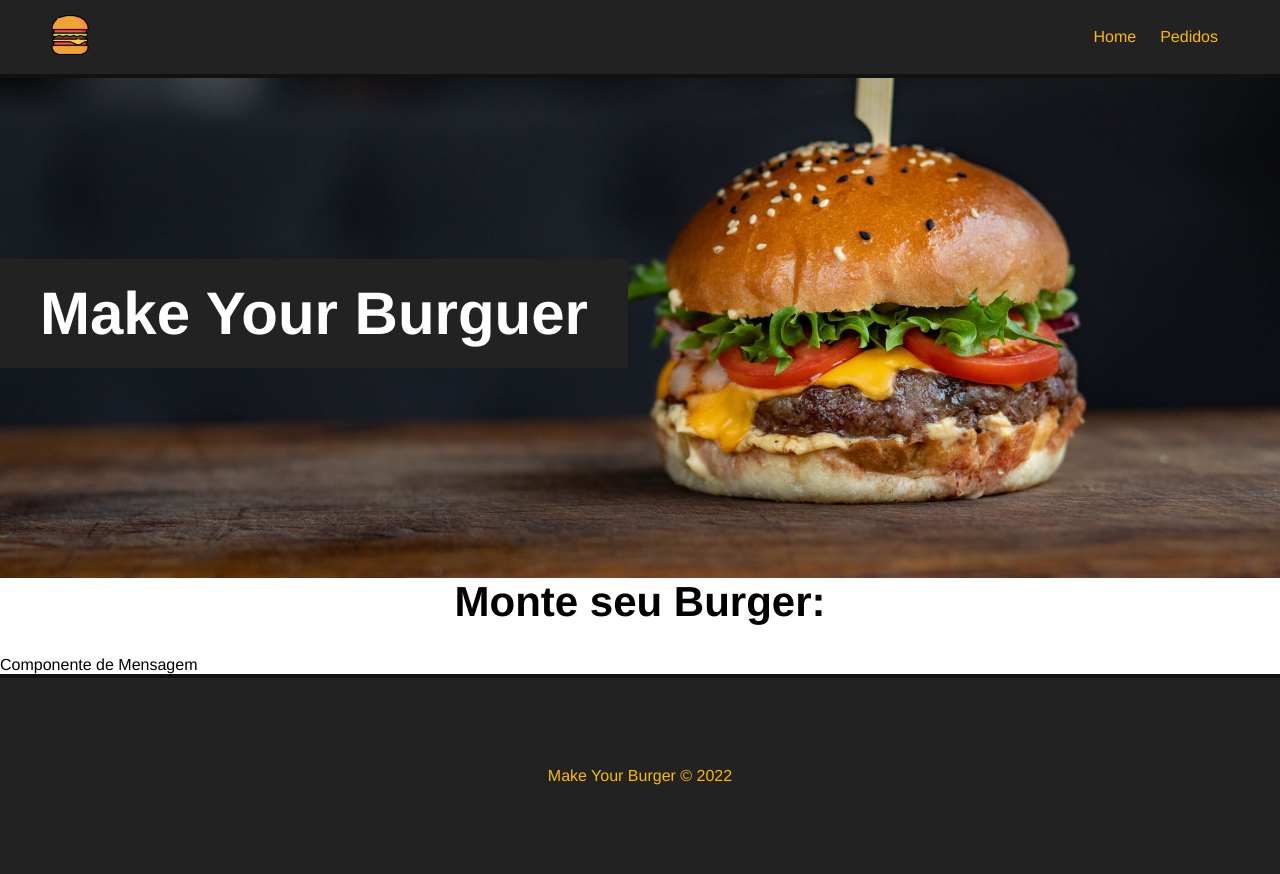
Repository: brunofa23/makeyourburguer
Page: /
An editor plug-in stored every save of this project. The page is shown before and after the next save, followed by the edit.
The browser window is 1280 px wide. The pictures show the whole page.
The project was rebuilt for these pictures with package versions that can differ from the ones it lists, and the page was loaded fresh each time. Also part of the build but not shown: vue.config.js.

Above is the page before, as saved 2022-08-09 19:45:02.

After the next save:
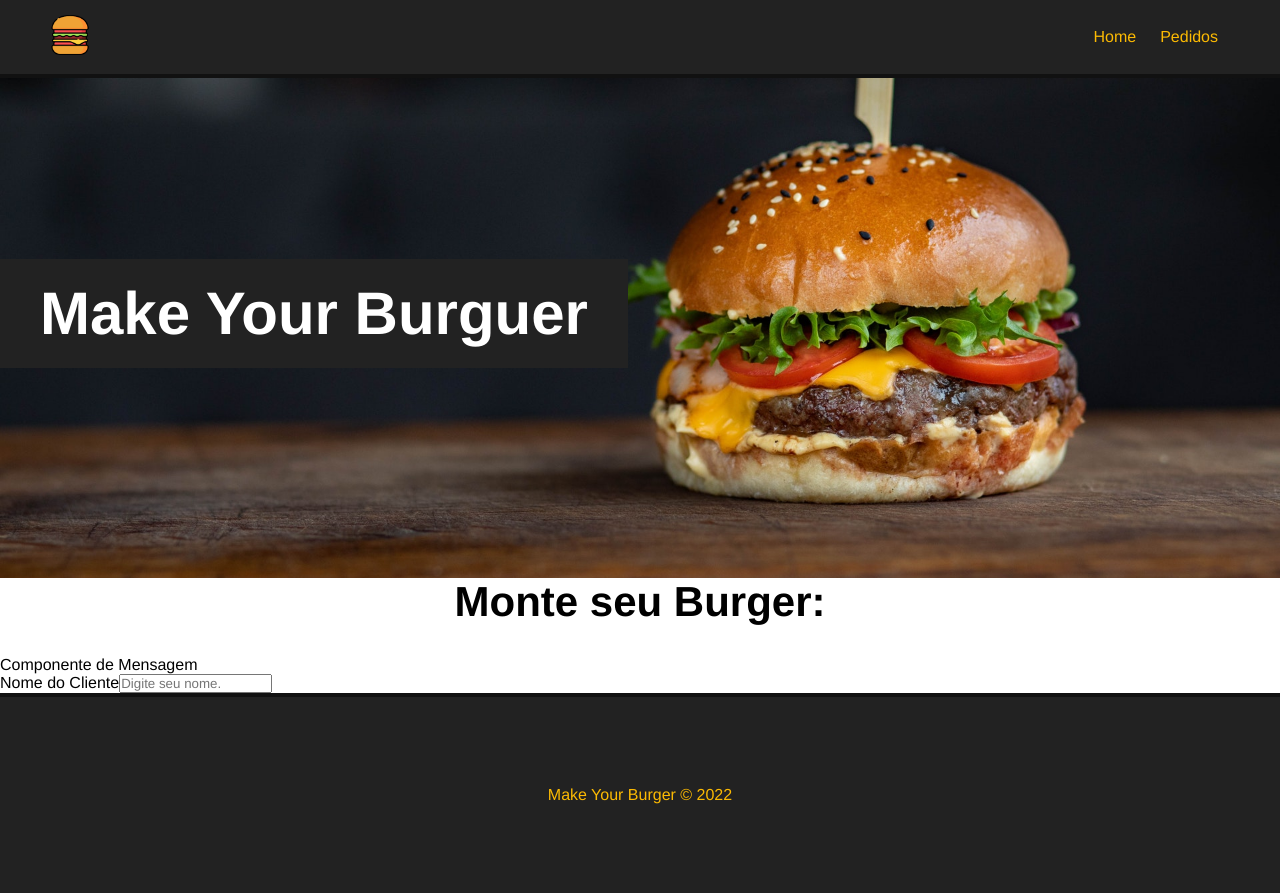
Saved 2 min 5 s later.
--- a/src/components/BurgerForm.vue
+++ b/src/components/BurgerForm.vue
@@ -4,7 +4,8 @@
     <div>
         <form id="burger-form">
             <div class="input-container">
-
+                <label for="nome">Nome do Cliente</label>
+                <input type="text" id="nome" name="nome" v-model="nome" placeholder="Digite seu nome.">
             </div>
         </form>
     </div>
